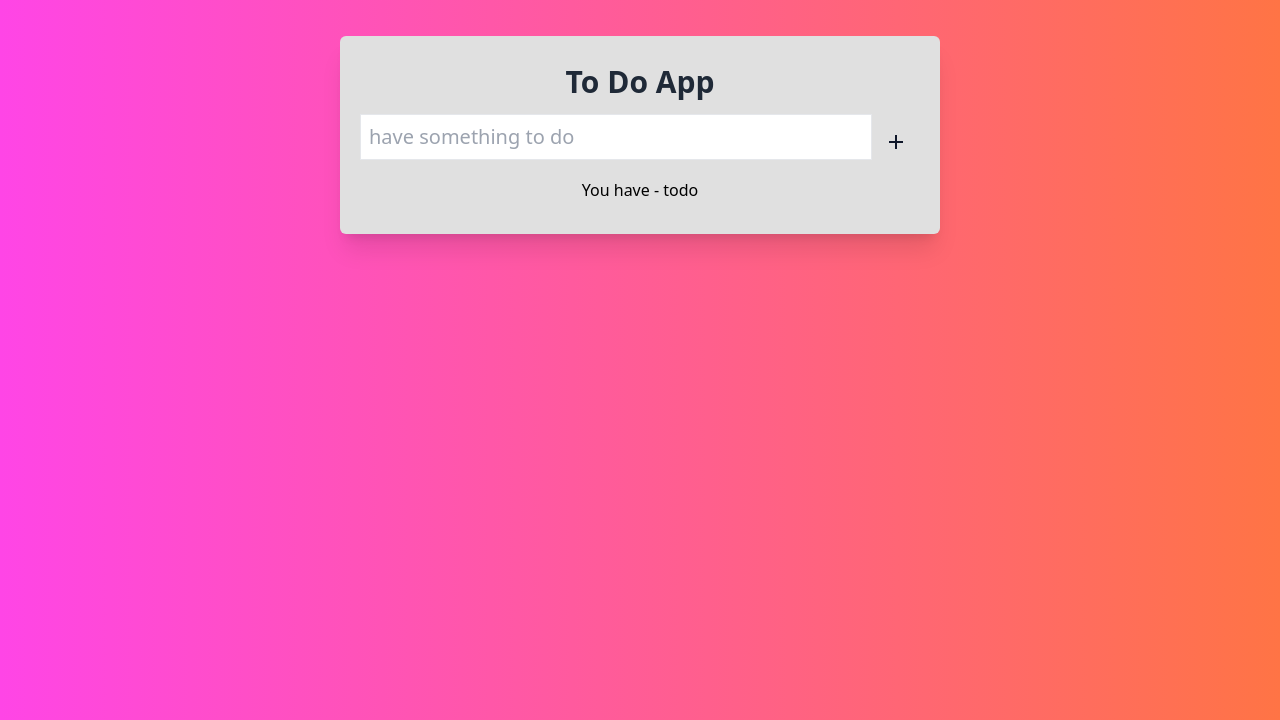
Repository: Nurlan-Bakenbaev/todoapp
Page: /
These files come from the project's save history. The page is drawn as it stood at one moment and after the next save; the edit follows.
The browser window is 1280 px wide. The pictures show the whole page.
The page's requests for data from a server got no answer. The project was rebuilt for these pictures with package versions that can differ from the ones it lists, and the page was loaded fresh each time. No one was signed in, and anything a server would have sent is missing. Also part of the build but not shown: vite.config.js, src/Todo.jsx.

Above is the page before, as saved 2023-08-27 22:31:40.

After the next save:
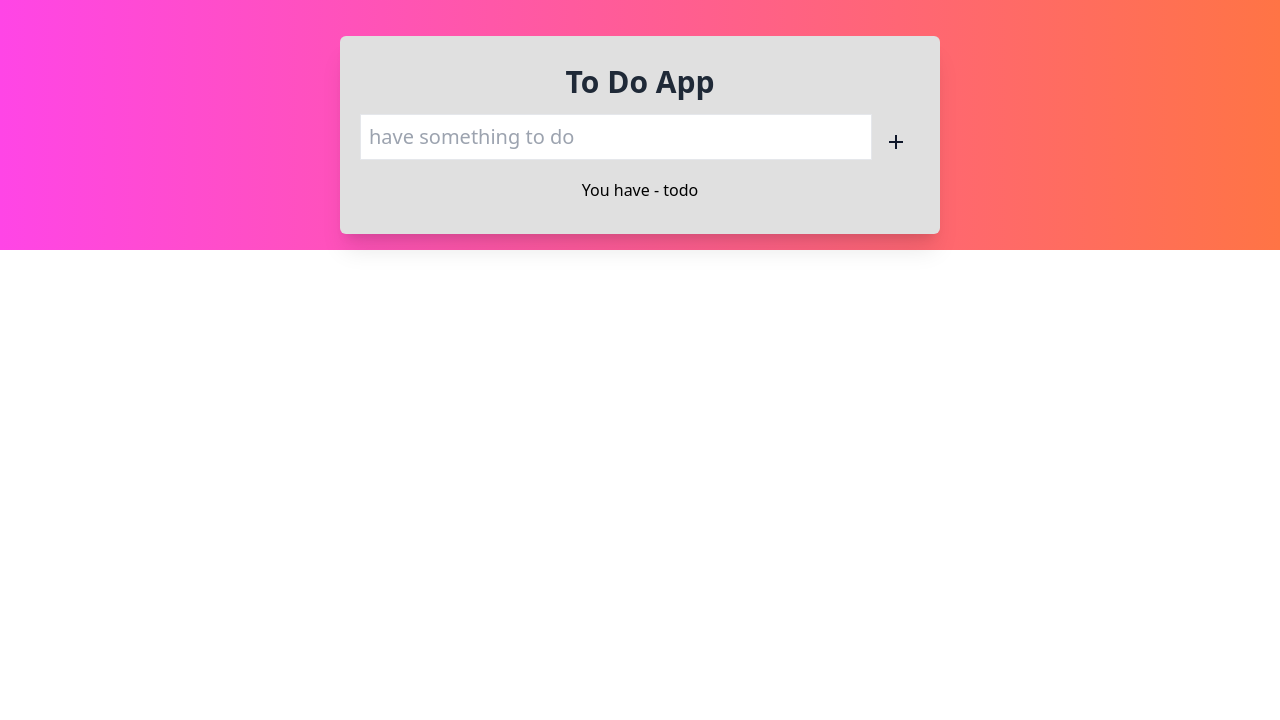
Saved 57 s later.
--- a/src/App.jsx
+++ b/src/App.jsx
@@ -56,7 +56,7 @@ function App() {
   //delete todo
 
   const style = {
-    bg: `h-screen  s-screen p-4 bg-gradient-to-r from-[#ff45e6] to-[#ff7445]`,
+    bg: ` s-screen p-4 bg-gradient-to-r from-[#ff45e6] to-[#ff7445]`,
     container: `bg-[#e0e0e0] max-w-[600px] w-full m-auto rounded-md shadow-xl p-5 mt-5`,
     heading: `text-3xl font-bold text-center text-gray-800 p-2`,
     form: `flex justify-between items-center`,
